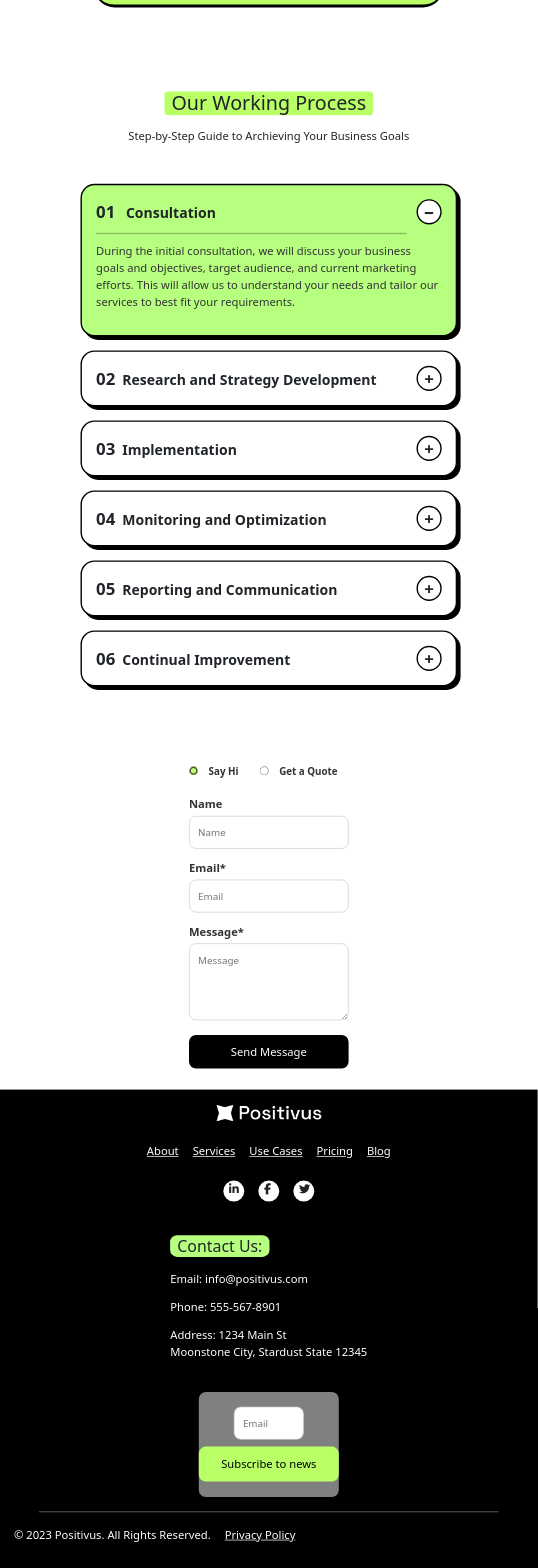
Repository: inshaabbas/CSS-Hackathon-SMIT
Page: index.html
The author's editor kept a copy of each file at every save. The page is drawn from the files as they stood at one save, then again after the next save.
The browser window is 768 px wide. The pictures show the part of the page from y = 1762 to 4002 px (the page is 4002 px tall), at 70% of full size.
A picture or video elsewhere on the page could not be fetched, so the positions and the page height are approximate.

Above is the page before, as saved 2025-06-25 11:29:48.

### index.html
<!DOCTYPE html>
<html lang="en">
<head>
    <meta charset="UTF-8">
    <meta name="viewport" content="width=device-width, initial-scale=1.0">
    <title>CSS Hackathon</title>
    <!-- Bootstrap CDN -->
     <link href="https://cdn.jsdelivr.net/npm/bootstrap@5.3.7/dist/css/bootstrap.min.css" rel="stylesheet" integrity="sha384-LN+7fdVzj6u52u30Kp6M/trliBMCMKTyK833zpbD+pXdCLuTusPj697FH4R/5mcr" crossorigin="anonymous">
    <!-- Font Awesome CDN -->
     <link rel="stylesheet" href="https://cdnjs.cloudflare.com/ajax/libs/font-awesome/6.7.2/css/all.min.css" integrity="sha512-Evv84Mr4kqVGRNSgIGL/F/aIDqQb7xQ2vcrdIwxfjThSH8CSR7PBEakCr51Ck+w+/U6swU2Im1vVX0SVk9ABhg==" crossorigin="anonymous" referrerpolicy="no-referrer"/>
    <!-- External Style Sheet -->
     <link rel="stylesheet" href="./style.css">
</head>
<body>
    <!-- Header Section Starts -->
    <header class="container-xxl">
      <div class="fixed-top">
         <nav class="navbar navbar-expand-lg bg-body-tertiary">
  <div class="container-fluid">
    <a class="navbar-brand" href="#"><img src="./Assets/logo.png" alt="Logo" width="150px"></a>
    <button class="navbar-toggler" type="button" data-bs-toggle="collapse" data-bs-target="#navbarSupportedContent" aria-controls="navbarSupportedContent" aria-expanded="false" aria-label="Toggle navigation">
      <span class="navbar-toggler-icon"></span>
    </button>
    <div class="collapse navbar-collapse" id="navbarSupportedContent">
      <ul class="navbar-nav ms-auto me-3 gap-4 mb-2 mb-lg-0">
        <li class="nav-item">
          <a class="nav-link active" aria-current="page" href="#">Aboutus</a>
        </li>
        <li class="nav-item">
          <a class="nav-link active" href="#">Services</a>
        </li>
        <li class="nav-item">
          <a class="nav-link active" aria-disabled="true">User Cases</a>
        </li>
        <li class="nav-item">
          <a class="nav-link active" aria-current="page" href="#">Pricing</a>
        </li>
        <li class="nav-item">
          <a class="nav-link active" aria-current="page" href="#">Blog</a>
        </li>
      </ul>
        <button class="btn btn-outline-dark" type="submit">Request a Quote</button>
      </form>
    </div>
  </div>
</nav>
      </div>
    </header>
    <!-- Header Section Ends -->

    <!-- Hero Section Starts -->
     <section class="hero-sec container-xxl">
        <div class="hero-text">
            <h2>Navigating the digital landscape for success</h2>
            <p>Lorem ipsum dolor sit amet consectetur adipisicing elit. Nihil sapiente officia omnis rerum, vitae nesciunt ad obcaecati sint quam accusantium Lorem ipsum dolor sit amet consectetur adipisicing elit. Quaerat nobis quos soluta accusantium perspiciatis quas ducimus dicta accusamus eius, sint adipisci cum minima aliquam debitis expedita nam eos, consectetur quasi.</p>
            <button type="button" class="btn btn-dark">Book a consultation</button>
        </div>
        <div class="hero-img">
            <img src="./Assets/hero-sec-img.png" alt="Hero Section Img" width="450px" height="330px">
        </div>
     </section>
    <!-- Hero Section Ends -->

    <!-- Social Section Starts -->
     <section class="social-sec container-xxl">
       <img src="./Assets/Amazon.png" alt="Amazon">
       <img src="./Assets/Dribbble.png" alt="Dribbble">
       <img src="./Assets/Hubspot-icon-removebg-preview.png" alt="Hubspot">
       <img src="./Assets/Notion.png" alt="Notion">
       <img src="./Assets/Netflix.png" alt="Netflix" class="gray">
       <img src="./Assets/Zoom.png" alt="Zoom" class="gray">
     </section>
    <!-- Social Section Ends -->

    <!-- Service Section Starts -->
     <section class="service-sec container-xxl">
      <div class="service-head">
        <h2>Services</h2>
        <p>Lorem ipsum dolor sit amet consectetur adipisicing elit. Ad, aliquam assumenda. Perspiciatis necessitatibus ullam possimus illum consequatur dolores quasi ut.</p>
      </div>
      <div class="service-cards">
        <div class="service-card-1 hover-img">
          <div class="ser-card-1-text">
             <h3>Search engine <br> optimization</h3>
             <p><img src="./Assets/service-icon.png" alt="Service Icon" width="30px">Learn More</p>
          </div>
          <div class="ser-card-1-img">
            <img src="./Assets/Service-card-1img.png" alt="">
          </div>
        </div>
        <div class="service-card-2 hover-img">
          <div class="ser-card-2-text">
             <h3>Search engine <br> optimization</h3>
             <p><img src="./Assets/service-icon.png" alt="Service Icon" width="30px">Learn More</p>
          </div>
          <div class="ser-card-2-img">
            <img src="./Assets/Service-card-2-img.png" alt="">
          </div>
        </div>
      </div>
     </section>
    <!-- Service Section Ends -->

     <!-- Working section Starts -->
     <section class="working-section container-xxl">
      <div class="working-head">
        <h2>Our Working Process</h2>
        <p>Step-by-Step Guide to Archieving Your Business Goals</p>
      </div>
      <div class="faq-section">
  <details open>
    <summary><span><span class="number">01</span> Consultation</span> <span class="plus"></span></summary>
    <hr class="divider">
    <div class="faq-content">
      <p>During the initial consultation, we will discuss your business goals and objectives, target audience, and current marketing efforts. This will allow us to understand your needs and tailor our services to best fit your requirements.</p>
    </div>
  </details>

  <details>
    <summary><span><span class="number">02</span>Research and Strategy Development</span> <span class="plus"></span></summary>
    <hr class="divider">
    <div class="faq-content">
      We research your market and competitors to develop a custom strategy aligned with your business goals.
    </div>
  </details>

   <details>
    <summary><span><span class="number">03</span>Implementation</span> <span class="plus"></span></summary>
    <hr class="divider">
    <div class="faq-content">
      We research your market and competitors to develop a custom strategy aligned with your business goals.
    </div>
  </details>

   <details>
    <summary><span><span class="number">04</span>Monitoring and Optimization</span> <span class="plus"></span></summary>
    <hr class="divider">
    <div class="faq-content">
      We research your market and competitors to develop a custom strategy aligned with your business goals.
    </div>
  </details>

   <details>
    <summary><span><span class="number">05</span>Reporting and Communication</span> <span class="plus"></span></summary>
    <hr class="divider">
    <div class="faq-content">
      We research your market and competitors to develop a custom strategy aligned with your business goals.
    </div>
  </details>

   <details>
    <summary><span><span class="number">06</span>Continual Improvement</span> <span class="plus"></span></summary>
    <hr class="divider">
    <div class="faq-content">
      We research your market and competitors to develop a custom strategy aligned with your business goals.
    </div>
  </details>
      </div>
      </section>

    <!-- Working section Ends -->

     <!-- Contact section Starts -->
     <section class="contact-section container-xxl">
      <div class="contact-form">
        <form>
          <div class="radio-group">
            <label><input type="radio" name="purpose" checked>Say Hi</label>
            <label><input type="radio" name="purpose"> Get a Quote</label>
          </div>

          <div class="form-group">
            <label for="name">Name</label>
            <input type="text" id="name" name="name" placeholder="Name" required>
          </div>

          <div class="form-group">
            <label for="email">Email*</label>
            <input type="email" id="email" name="email" placeholder="Email" required>
          </div>

          <div class="form-group">
            <label for="message">Message*</label>
            <textarea id="message" name="message" placeholder="Message" rows="4" required></textarea>
          </div>

          <button type="submit" class="send-btn">Send Message</button>
        </form>
       </div>
      <div class="contact-image">
        <img src="./Assets/Contact-img.png" alt="Contact img" width="400px">
      </div>
     </section>

     <!-- Contact section End -->

     <!-- Footer section Starts -->

     <footer>
        <div class="top-footer">
            <div class="fot-logo">
                <img src="./Assets/Foooter-logo.png" alt="Footer logo" width="150px">
            </div>
            <div class="fot-links">
                <li><a href="#">About</a></li>
                <li><a href="#">Services</a></li>
                <li><a href="#">Use Cases</a></li>
                <li><a href="#">Pricing</a></li>
                <li><a href="#">Blog</a></li>
            </div>
            <div class="fot-icons">
                <div class="circle"><i class="fa-brands fa-linkedin-in"></i></div>
                <div class="circle"><i class="fa-brands fa-facebook-f"></i></div>
                <div class="circle"><i class="fa-brands fa-twitter"></i></div>
            </div>
        </div>

        <div class="fot-contact">
            <div class="fot-text">
                <h4>Contact Us:</h4>
                <p style="margin-top: 20px;">Email: info@positivus.com</p>
                <p>Phone: 555-567-8901</p>
                <p>Address: 1234 Main St <br> Moonstone City, Stardust State 12345</p>
            </div>
            <div class="fot-input">
                <input type="text" placeholder="Email">
                <button class="btn-sub">Subscribe to news</button>
            </div>
        </div>
        <hr>
        <div class="bot-foot">
            <p>© 2023 Positivus. All Rights Reserved.</p>
            <a href="#">Privacy Policy</a>
        </div>
     </footer>








<script src="https://cdn.jsdelivr.net/npm/@popperjs/core@2.11.8/dist/umd/popper.min.js" integrity="sha384-I7E8VVD/ismYTF4hNIPjVp/Zjvgyol6VFvRkX/vR+Vc4jQkC+hVqc2pM8ODewa9r" crossorigin="anonymous"></script>
<script src="https://cdn.jsdelivr.net/npm/bootstrap@5.3.7/dist/js/bootstrap.min.js" integrity="sha384-7qAoOXltbVP82dhxHAUje59V5r2YsVfBafyUDxEdApLPmcdhBPg1DKg1ERo0BZlK" crossorigin="anonymous"></script>
</body>
</html>

### style.css
.hover-img{
    transition: transform 0.3s ease;
}

.hover-img:hover{
    transform: scale(1.1);
}

.hero-sec{
    display: flex;
    justify-content: space-around;
    align-items: center;
    padding: 20px;
    height: 500px;
    padding-top: 80px;
}

.hero-text{
    width: 50%;
}

.hero-text h2{
    font-size: 35px;
    font-weight: bold;
}

@media screen and (max-width: 1010px) {
    .hero-img img{
        width: 350px;
        height: 300px;
    }
    .hero-sec{
        height: auto;
    }
}

@media screen and (max-width: 800px){
    .hero-sec{
        flex-direction: column;
        gap: 50px;
    }

    .hero-text{
    width: 100%;
}

.hero-img img{
    width: 300px;
    height: 250px;
}
}

/* Hero Section End */

/* Social Section Starts */
.social-sec{
    height: auto;
    display: flex;
    justify-content: center;
    align-items: center;
    gap: 40px;
    flex-wrap: wrap;
    padding: 20px;
    margin-top: 40px;
}

.social-sec img{
    width: 120px;
}

.gray{
    filter: grayscale(100%);
}

/* Social Section Ends */


/* Service Section Starts */

.service-sec{
    height: auto;
    margin-top: 40px;
    padding: 40px 10px;
}

.service-head{
    display: flex;
    margin-left: 100px;
    gap: 30px;
}

.service-head h2{
    background-color: #b9ff66;
    padding: 0px 10px;
    border-radius: 5px;
    font-size: 40px;
}

.service-head p{
    width: 600px;
}

.service-cards{
    padding-top: 40px;
    display: flex;
    justify-content: center;
    align-items: center;
    flex-wrap: wrap;
    gap: 40px;
    padding: 20px;
}

/* Card 1  */
.service-card-1{
    display: flex;
    justify-content: space-between;
    width: 500px;
    height: 280px;
    background-color: #f3f3f3;
    border-radius: 30px;
    padding: 20px;
    border-bottom: black solid 4px;
    border-top: black solid 1px;
    border-left: black solid 1px;
    border-right: black solid 1px;
}

.service-card-1 p img{
    margin-right: 10px;
}

.service-card-1 p{
    margin-top: 100px;
}

.ser-card-1-img{
    display: flex;
    justify-content: center;
    align-items: center;
}

.ser-card-1-text h3{
    background-color: #b9ff66;
    padding: 5px 10px;
    border-radius: 5px;
}

/* Card 2 */

.service-card-2{
    display: flex;
    justify-content: space-between;
    width: 500px;
    height: 280px;
    background-color: #b9ff66;
    border-radius: 30px;
    padding: 20px;
    border-bottom: black solid 4px;
    border-top: black solid 1px;
    border-left: black solid 1px;
    border-right: black solid 1px;
}

.service-card-2 p img{
    margin-right: 10px;
}

.service-card-2 p{
    margin-top: 100px;
}

.ser-card-2-img{
    display: flex;
    justify-content: center;
    align-items: center;
}

.ser-card-2-text h3{
    background-color: #f3f3f3;
    padding: 5px 10px;
    border-radius: 5px;
}

@media screen and (max-width: 865px){
    .service-head{
        flex-direction: column;
        justify-content: center;
        align-items: center;
        text-align: center;
        margin-left: 0px;
        gap: 10px;
    }

    .service-head p{
        width: 100%;
    }
}

@media screen and (max-width: 500px){
    .service-head p{
        font-size: 13px;
    }

    .service-card-2{
        height: 230px;
    }
    .ser-card-2-img img{
        width: 180px;
    }

    .ser-card-2-text h3{
        font-size: 20px;
    }

    .ser-card-2-text p{
        font-size: 13px;
    }

    .service-card-1{
        height: 230px;
    }
    .ser-card-1-img img{
        width: 180px;
    }

    .ser-card-1-text h3{
        font-size: 20px;
    }

    .ser-card-1-text p{
        font-size: 15px;
    }
}

    @media screen and (max-width: 440px){
    .service-head p{
        font-size: 10px;
    }

    .ser-card-2-img img{
        width: 120px;
    }

    .ser-card-2-text h3{
        font-size: 14px;
    }

    .ser-card-2-text p{
        font-size: 12px;
    }

    .ser-card-1-img img{
        width: 120px;
    }

    .ser-card-1-text h3{
        font-size: 14px;
    }

    .ser-card-1-text p{
        font-size: 12px;
    }
}

/* Service Section Ends*/

/* Working Section Starts */

.working-section{
    height: auto;
    margin-top: 20px;
    padding: 40px 10px;
}

.working-head{
    display: flex;
    align-items: center;
    margin-left: 100px;
    gap: 30px;
}

.working-head h2{
    background-color: #b9ff66;
    padding: 0px 10px;
    border-radius: 5px;
}

.working-head p{
    width: 100%;
    max-width: 600px;
}

.faq-section{
    display: flex;
    flex-direction: column;
    justify-content: center;
    align-items: center;
    margin-top: 40px;
    padding: 0px 10px;
}

details {
      border: 2px solid #000;
      border-radius: 20px;
      margin-bottom: 20px;
      padding: 20px;
      box-shadow: 5px 5px 0 #000;
      background-color: #fff;
      transition: all 0.3s ease;
      width: 70vw;
    }

    details[open] {
      background-color: #b6ff7f;
    }

    summary {
      list-style: none;
      cursor: pointer;
      font-weight: bold;
      font-size: 20px;
      display: flex;
      justify-content: space-between;
      align-items: center;
    }

    summary::-webkit-details-marker {
      display: none;
    }

    .number {
      font-size: 24px;
      margin-right: 10px;
    }

    .plus::after {
      content: "+";
      font-size: 24px;
      width: 36px;
      height: 36px;
      display: inline-flex;
      align-items: center;
      justify-content: center;
      border: 2px solid #000;
      border-radius: 50%;
      background: #fff;
    }

    details[open] .plus::after {
      content: "−";
    }

    .faq-content {
      margin-top: 10px;
      font-size: 16px;
      line-height: 1.5;
      color: #333;
    }

    .divider {
      display: none;
      border: none;
      border-top: 2px solid #000;
      margin: 12px 0;
    }

    details[open] .divider {
      display: block;
    }

    details[open] .faq-content {
      display: block;
    }


@media screen and (max-width: 1084px){
    .working-head{
        flex-direction: column;
        justify-content: center;
        align-items: center;
        text-align: center;
        gap: 10px;
        margin-left: 0px;
    }
}

@media screen and (max-width: 700px){
    summary span{
        font-size: 16px;
    }

    .number{
        font-size: 16px;
    }

    .plus::after{
        font-size: 20px;
        width: 25px;
        height: 25px;
    }

    details{
        width: 90vw;
    }
}

@media screen and (max-width: 420px){
    summary span{
        font-size: 13px;
    }

    .number{
        font-size: 14px;
    }
}
/* Working Section Ends */

/* Contact Section Starts */

.contact-section{
    display: flex;
    justify-content: space-between;
    height: auto;
    margin-top: 20px;
    padding: 60px 0px 40px 20px
}

.contact-form{
    width: 100%;
    margin-left: 40px;
}

.radio-group {
  display: flex;
  gap: 30px;
  margin-bottom: 20px;
  font-size: 14px;
}

.radio-group label{
  display: flex;
  align-items: center;
  gap: 15px;
  font-size: 14px;
  color: #333;
  cursor: pointer;
  /* width: 100px; */
  white-space: nowrap
}


input[type="radio"] {
  accent-color: #b9ff66;
}

.form-group {
  margin-bottom: 15px;
}

label {
  display: block;
  margin-bottom: 5px;
  font-weight: bold;
  color: #333;
}

input,
textarea {
  width: 100%;
  max-width: 500px;
  padding: 12px;
  font-size: 14px;
  border: 1px solid #ccc;
  border-radius: 10px;
  box-sizing: border-box;
}

.send-btn{
  background-color: #000;
  color: #fff;
  border: none;
  padding: 12px;
  width: 100%;
  max-width: 500px;
  border-radius: 10px;
  font-size: 16px;
  cursor: pointer;
  transition: background-color 0.3s;
}

.send-btn:hover {
  background-color: #333;
}

.contact-image {
  flex: 1;
  text-align: right;
  min-width: 300px;
  overflow-x: hidden;
}

@media screen and (max-width: 890px){
    .contact-image img {
        display: none;
    }

    .contact-section {
        flex-direction: column;
        align-items: center;
        padding: 30px 20px;
    }

    .contact-form {
        margin-left: 0;
        width: 100%;
        display: flex;
        flex-direction: column;
        align-items: center;
    }

    .form-group,
    input,
    textarea,
    .send-btn {
        width: 100%;
        max-width: 600px;
    }
}

/* Contact Section Ends*/

footer{
    height: auto;
    background-color: #000;
    padding: 20px;
}

.top-footer{
    display: flex;
    justify-content: space-between;
}

.fot-links{
    display: flex;
    gap: 20px;
}

.fot-links li{
    list-style: none;
}

.fot-links li a{
    color: white;
    text-decoration: underline;
}

.fot-icons{
    display: flex;
    gap: 20px;
}

.fot-icons .circle{
    width: 30px;
    height: 30px;
    background-color: white;
    border-radius: 50%;
}

.fot-icons .circle i{
    margin-left: 8px;
}

.fot-contact{
    display: flex;
    justify-content: space-between;
    margin-top: 50px;
}

.fot-text h4{
    background-color: #b6ff7f;
    display: inline;
    border-radius: 10px;
    padding: 0px 10px;
}

.fot-text p{
    color: white;
}

.fot-input{
    display: flex;
    justify-content: center;
    align-items: center;
    gap: 10px;
    background-color: gray;
    width: 500px;
    height: 150px;
    border-radius: 10px;
}

.fot-input input{
    /* max-width: 200px; */
    width: 100%;
}

.btn-sub{
    max-width: 200px;
    width: 100%;
    height: 50px;
    border-radius: 10px;
    border: none;
    background-color: #b9ff66;
}

hr{
    width: 90%;
    color: gray;
    border: 1px white solid;
    margin: 0 auto;
    margin-top: 20px;
}

.bot-foot{
    display: flex;
    gap: 20px;
}

.bot-foot p{
    color: white;
    margin-top: 20px;
}

.bot-foot a{
    color: white;
    margin-top: 20px;
}

@media screen and (max-width: 885px){
    .top-footer{
        flex-direction: column;
        gap: 30px;
        align-items: center;
    }

    .fot-contact{
        flex-direction: column;
        gap: 30px;
        align-items: center;
    }

    .fot-input{
        flex-direction: column;
        width: 200px;
    }

    .fot-input input{
    max-width: 100px;
    width: 100%;
}
}

@media screen and (max-width: 536px){
    .fot-input{
        max-width: 100px;
        width: 100%;
    }
}

@media screen and (max-width: 505px){
    .bot-foot{
        display: flex;
        flex-direction: column;
        gap: 10px;
    }
}

After the next save:
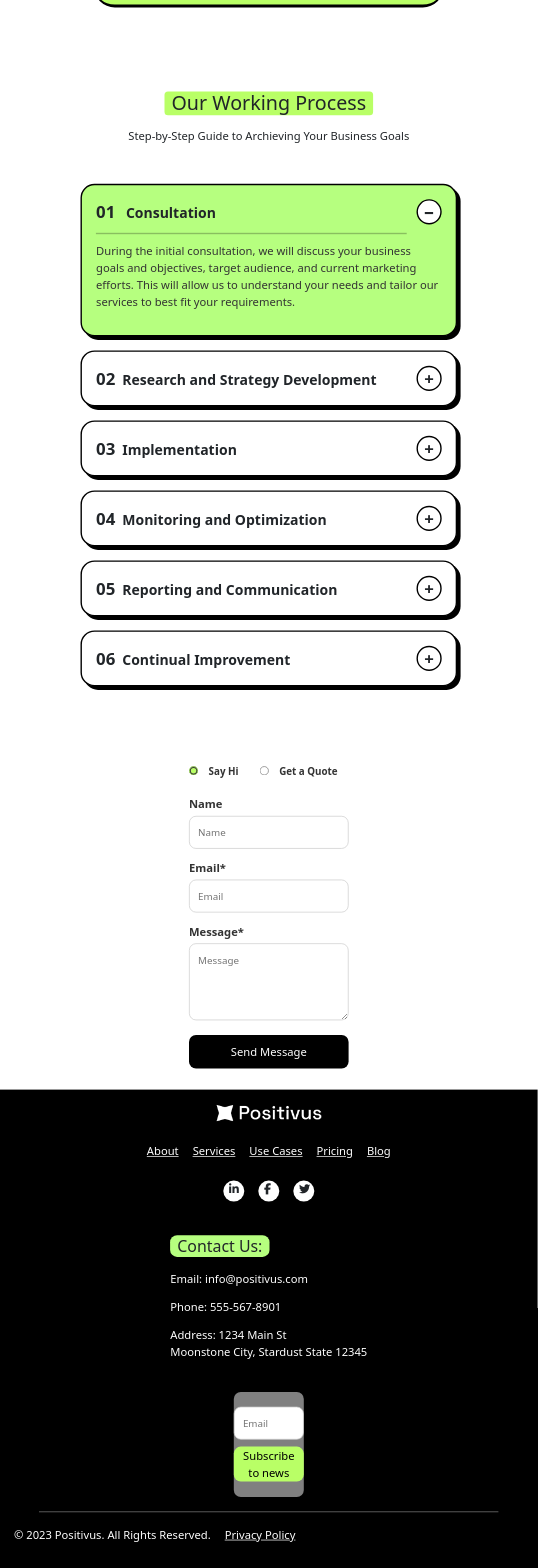
Saved 29 s later.
--- a/style.css
+++ b/style.css
@@ -653,7 +653,7 @@ hr{
         width: 200px;
     }
 
-    .fot-input input{
+    .fot-input{
     max-width: 100px;
     width: 100%;
 }
